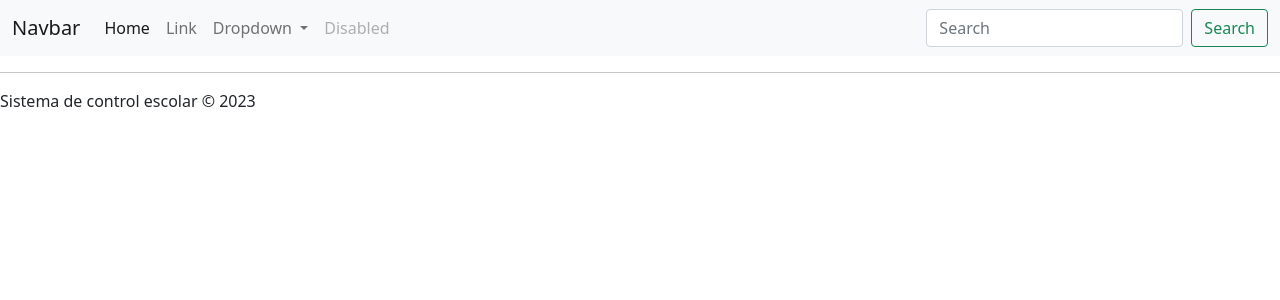
Repository: terrazasjuancarlos/cursoLaravel2-master
Page: http://localhost/alumnos
An editor plug-in stored every save of this project. The page is shown before and after the next save, followed by the edit.
The browser window is 1280 px wide. The pictures show the whole page.
The page is served by the project's Laravel application, run on PHP 8.4 with Laravel 10. Other server files are loaded and not shown.

Above is the page before, as saved 2023-10-19 18:44:16.

### routes/web.php
<?php

use App\Http\Controllers\AlumnoController;
use App\Http\Controllers\bienvenidoController;
use Illuminate\Support\Facades\Route;

Route::get('/', function () {
    return view('welcome');
});

route::get('/bienvenido', [bienvenidoController::class, 'bienvenido']);

route::get('/alumnos', [AlumnoController::class, 'alumnos']);

### app/Http/Controllers/AlumnoController.php
<?php

namespace App\Http\Controllers;

use Illuminate\Http\Request;

class AlumnoController extends Controller
{
    public function alumnos(){
        return view('alumnos');
    }
}

### resources/views/alumnos.blade.php
@extends('master')

@section('contenido')

@stop

### resources/views/master.blade.php
<!DOCTYPE html>
<html lang="en">
<head>
    <meta charset="UTF-8">
    <meta name="viewport" content="width=device-width, initial-scale=1.0">
    <meta http-equiv="X-UA-Compatible" content="ie=edge">
    <title>Sistema de control escolar CETIS 107</title>
    <link rel="stylesheet" href="{{ asset('css/bootstrap.css') }}">
    <script src="{{ asset('code.jquery.com_jquery-3.7.1.js') }}"></script>
</head>
<body>
    <nav class="navbar navbar-expand-lg navbar-light bg-light">
        <div class="container-fluid">
          <a class="navbar-brand" href="#">Navbar</a>
          <button class="navbar-toggler" type="button" data-bs-toggle="collapse" data-bs-target="#navbarSupportedContent" aria-controls="navbarSupportedContent" aria-expanded="false" aria-label="Toggle navigation">
            <span class="navbar-toggler-icon"></span>
          </button>
          <div class="collapse navbar-collapse" id="navbarSupportedContent">
            <ul class="navbar-nav me-auto mb-2 mb-lg-0">
              <li class="nav-item">
                <a class="nav-link active" aria-current="page" href="#">Home</a>
              </li>
              <li class="nav-item">
                <a class="nav-link" href="#">Link</a>
              </li>
              <li class="nav-item dropdown">
                <a class="nav-link dropdown-toggle" href="#" id="navbarDropdown" role="button" data-bs-toggle="dropdown" aria-expanded="false">
                  Dropdown
                </a>
                <ul class="dropdown-menu" aria-labelledby="navbarDropdown">
                  <li><a class="dropdown-item" href="#">Action</a></li>
                  <li><a class="dropdown-item" href="#">Another action</a></li>
                  <li><hr class="dropdown-divider"></li>
                  <li><a class="dropdown-item" href="#">Something else here</a></li>
                </ul>
              </li>
              <li class="nav-item">
                <a class="nav-link disabled" href="#" tabindex="-1" aria-disabled="true">Disabled</a>
              </li>
            </ul>
            <form class="d-flex">
              <input class="form-control me-2" type="search" placeholder="Search" aria-label="Search">
              <button class="btn btn-outline-success" type="submit">Search</button>
            </form>
          </div>
        </div>
    </nav>

    <div class="container">
        <div class="row">
            <div class="col-12">
                @yield('contenido')
            </div>
        </div>
    </div>

    <footer><hr>
        Sistema de control escolar &copy; 2023
    </footer>
    <script src="{{ asset('js/bootstrap.js') }}"></script>
</body>
</html>

Loaded but not shown: app/Http/Controllers/Controller.php (common file); public/css/bootstrap.css (library); public/js/bootstrap.js (library)

After the next save:
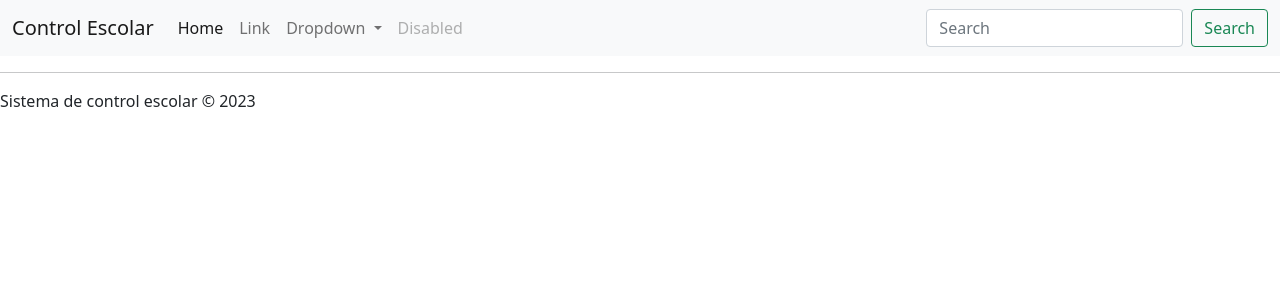
Saved 5 min 15 s later.
--- a/resources/views/master.blade.php
+++ b/resources/views/master.blade.php
@@ -11,7 +11,8 @@
 <body>
     <nav class="navbar navbar-expand-lg navbar-light bg-light">
         <div class="container-fluid">
-          <a class="navbar-brand" href="#">Navbar</a>
+          <a class="navbar-brand" href="#">Control Escolar
+          </a>
           <button class="navbar-toggler" type="button" data-bs-toggle="collapse" data-bs-target="#navbarSupportedContent" aria-controls="navbarSupportedContent" aria-expanded="false" aria-label="Toggle navigation">
             <span class="navbar-toggler-icon"></span>
           </button>
